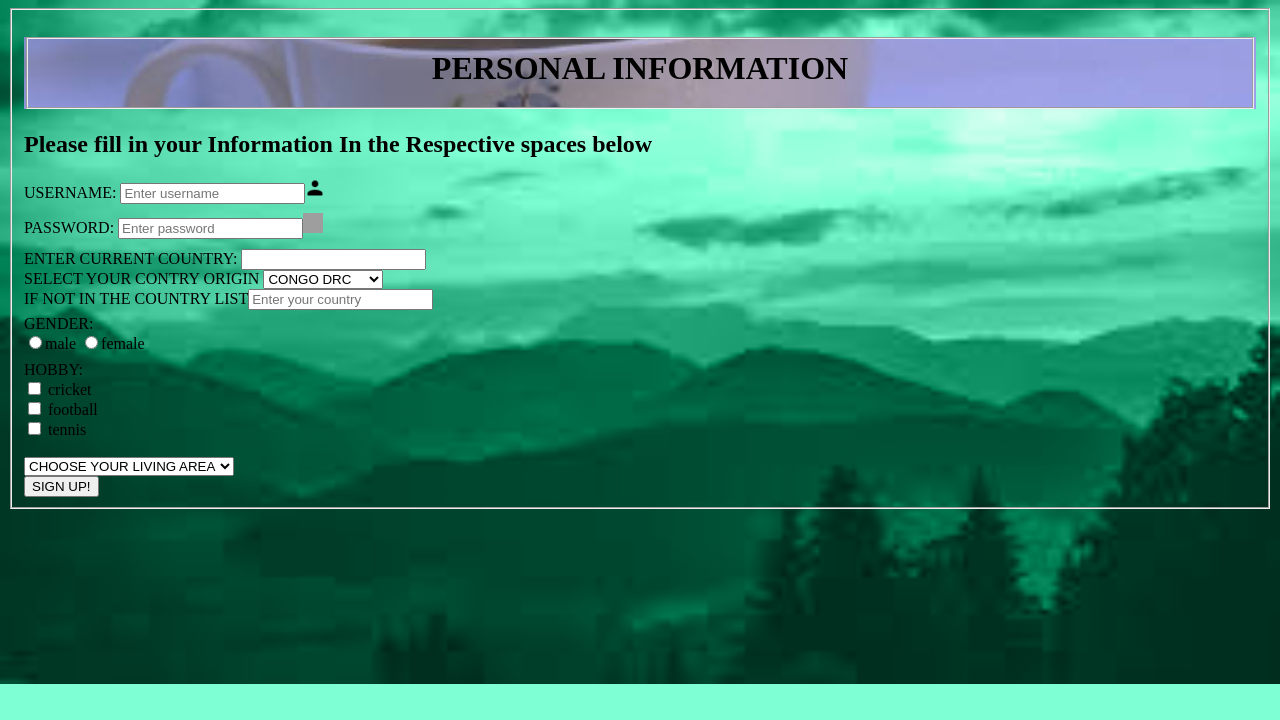
Repository: mirambialex/myform
Page: website/INDEX.HTML
These files come from the project's save history. The page is drawn as it stood at one moment and after a run of saves; the edit follows.
The browser window is 1280 px wide. The pictures show the whole page.
Pictures or frames that could not be fetched are drawn as grey boxes.

Above is the page before, as saved 2024-04-17 11:07:25.

After the next 4 saves:
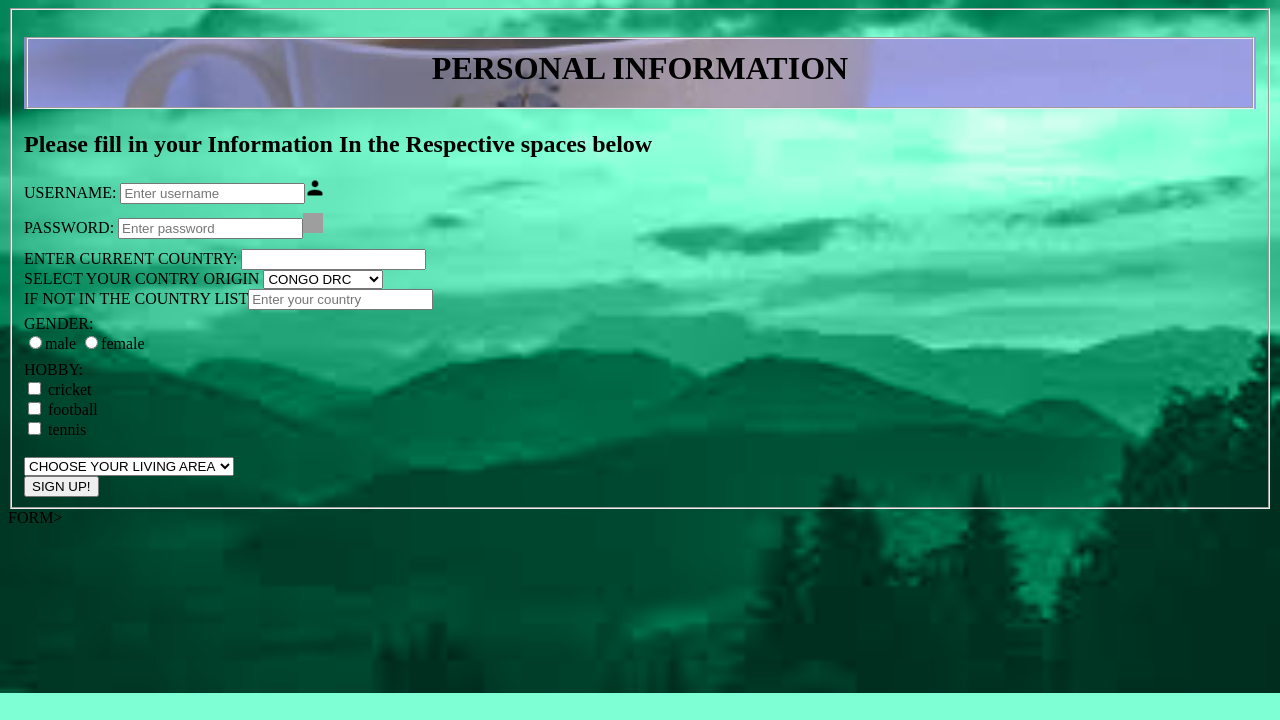
The 4 saves are shown as one change because they came seconds apart.
The last was saved 19 s later.
--- a/website/INDEX.HTML
+++ b/website/INDEX.HTML
@@ -68,7 +68,7 @@ HOBBY:<br>
 </FIEldset>
 </div>
 </div>
-
 </DIV>
+FORM>
  </body>
 </html>
